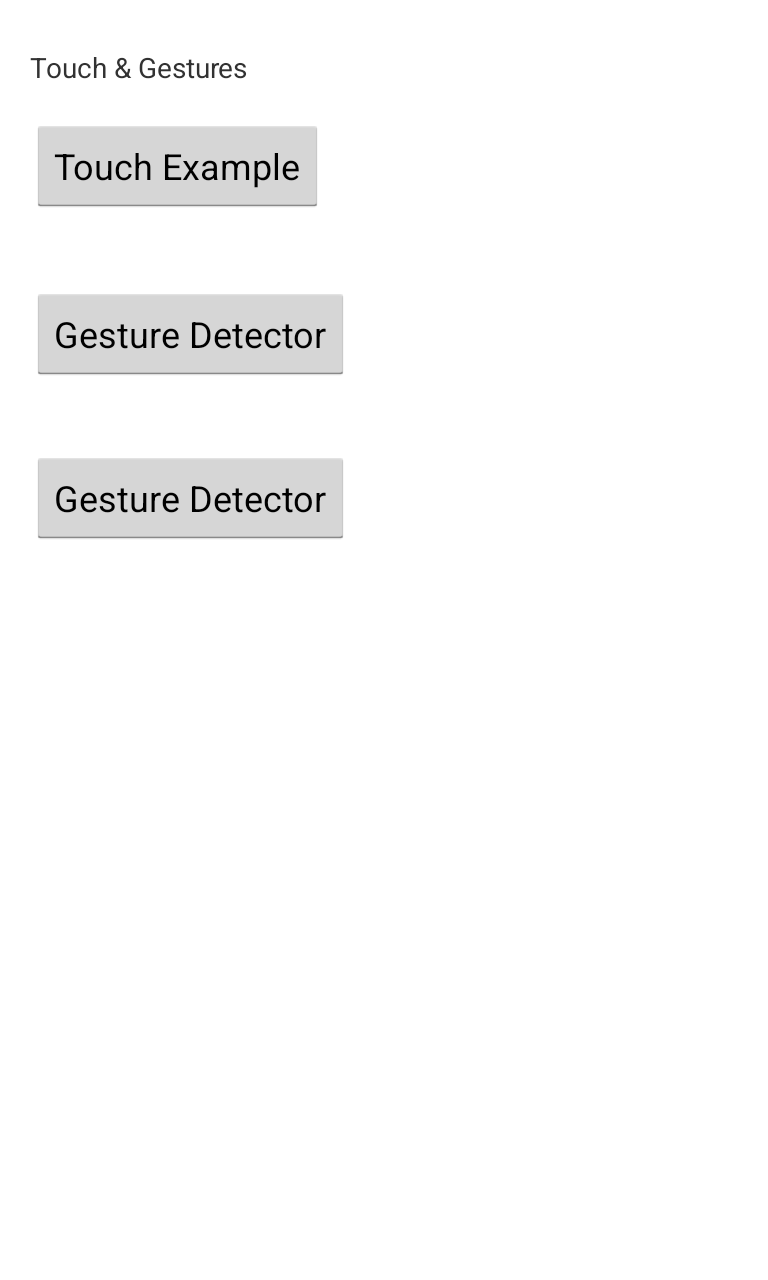
Repository: Amir13/Android_Basic_Steps
Layout: ViewElements5/res/layout/touch_gestures.xml
An editor plug-in stored every save of this project. The layout is shown before and after the next save, followed by the edit.
It is drawn on a 768 x 1280 px phone screen (xhdpi) without system bars, with theme AppTheme; the app's code is not run.

Above is the layout before, as saved 2014-06-14 20:31:06.

After the next save:
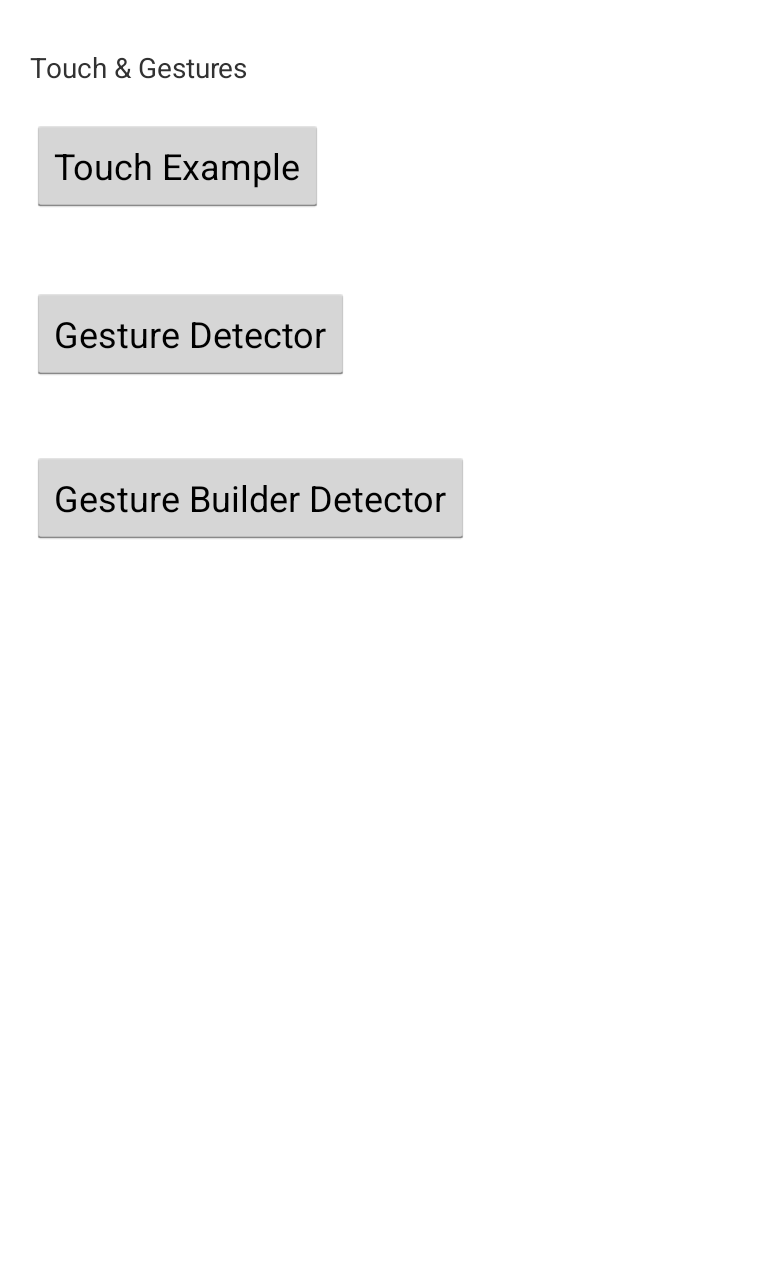
Saved 116 s later.
--- a/ViewElements5/res/layout/touch_gestures.xml
+++ b/ViewElements5/res/layout/touch_gestures.xml
@@ -39,6 +39,6 @@
         android:layout_alignLeft="@+id/btnGesture"
         android:layout_below="@+id/btnGesture"
         android:layout_marginTop="34dp"
-        android:text="Gesture Detector" />
+        android:text="Gesture Builder Detector" />
 
 </RelativeLayout>
